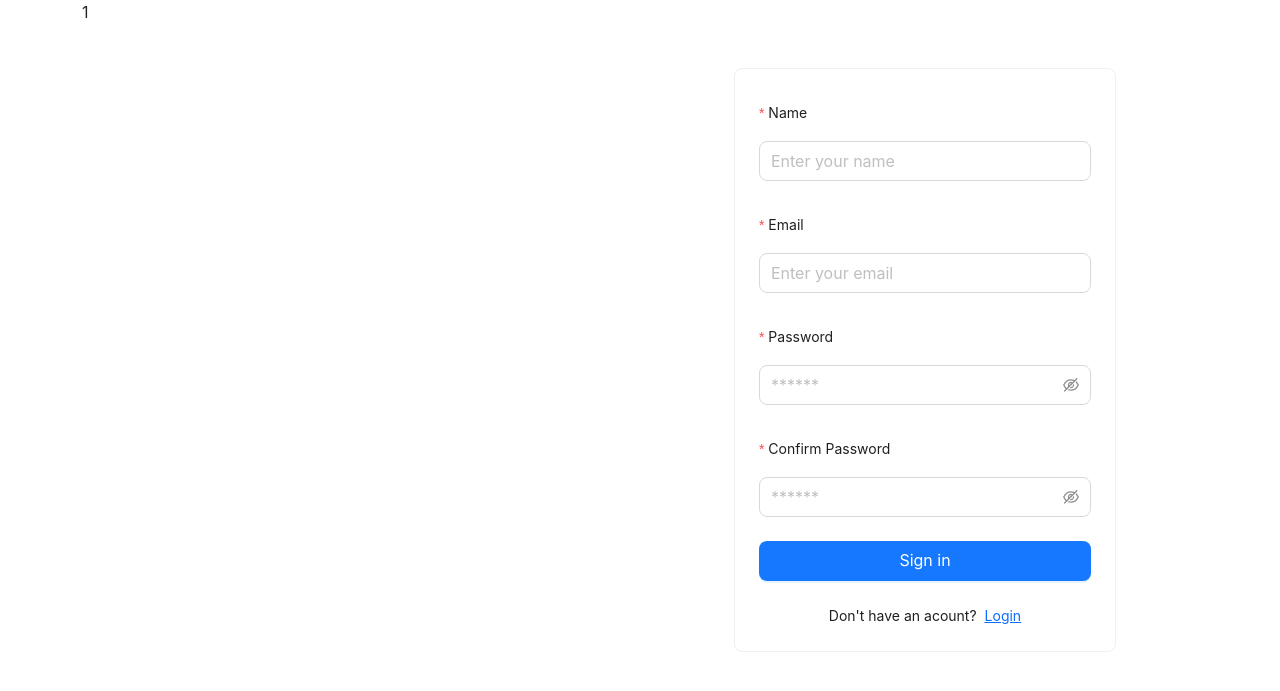
Repository: di-huynh-dev/kanban-inventory-management
Page: /sign-up
The author's editor kept a copy of each file at every save. The page is drawn from the files as they stood at one save, then again after a run of saves.
The browser window is 1280 px wide. The pictures show the whole page.
The project was rebuilt for these pictures with package versions that can differ from the ones it lists, and the page was loaded fresh each time. Also part of the build but not shown: src/App.css, src/pages/auth/Login.tsx, src/routers/MainRouter.tsx.

Above is the page before, as saved 2024-09-07 12:30:55.

After the next 2 saves:
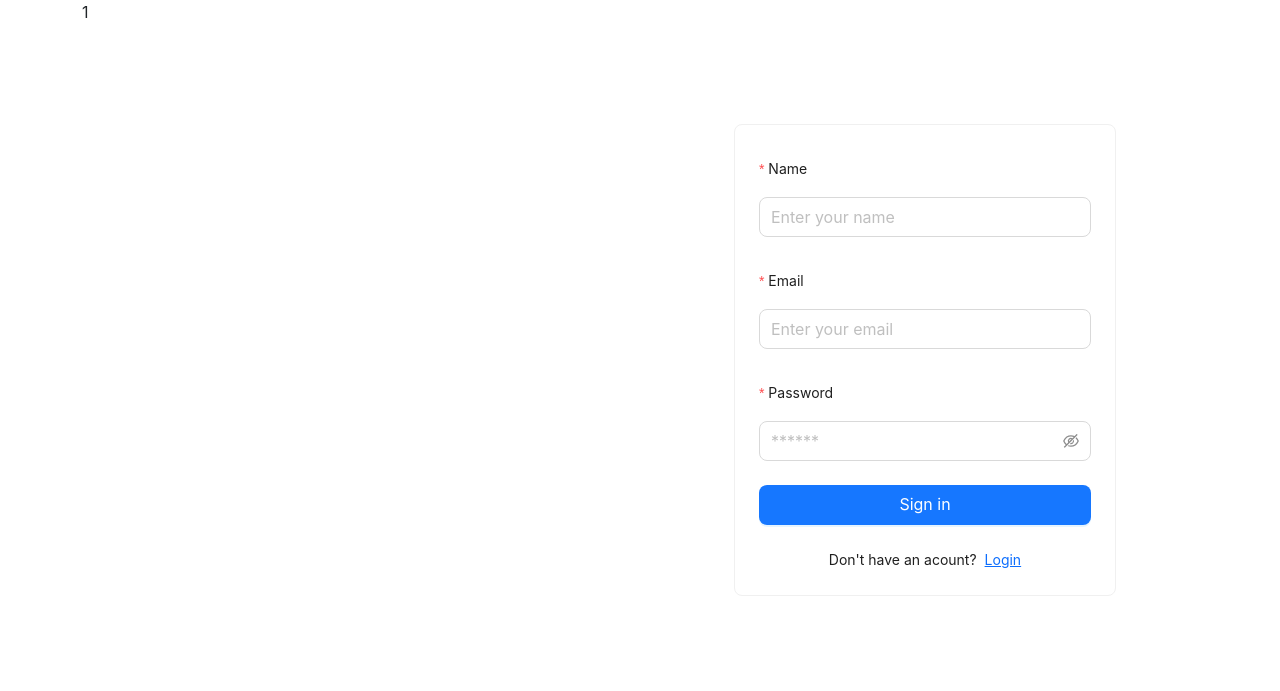
The 2 saves are shown as one change because they came seconds apart.
The last was saved 48 s later.
--- a/src/pages/auth/SignUp.tsx
+++ b/src/pages/auth/SignUp.tsx
@@ -46,24 +46,6 @@ const SignUpPage = () => {
             label="Password"
             name="password"
             rules={[
-              { required: true, message: 'Enter your password!', min: 6 },
-              ({ getFieldValue }) => ({
-                validator(_, value) {
-                  if (!value || getFieldValue('confirmPassword') === value) {
-                    return Promise.resolve()
-                  }
-                  return Promise.reject(new Error('The two passwords that you entered do not match!'))
-                },
-              }),
-            ]}
-          >
-            <Input.Password placeholder="******" />
-          </Form.Item>
-
-          <Form.Item<FieldType>
-            label="Confirm Password"
-            name="confirmPassword"
-            rules={[
               {
                 required: true,
                 message: 'Please enter your password!!!',
